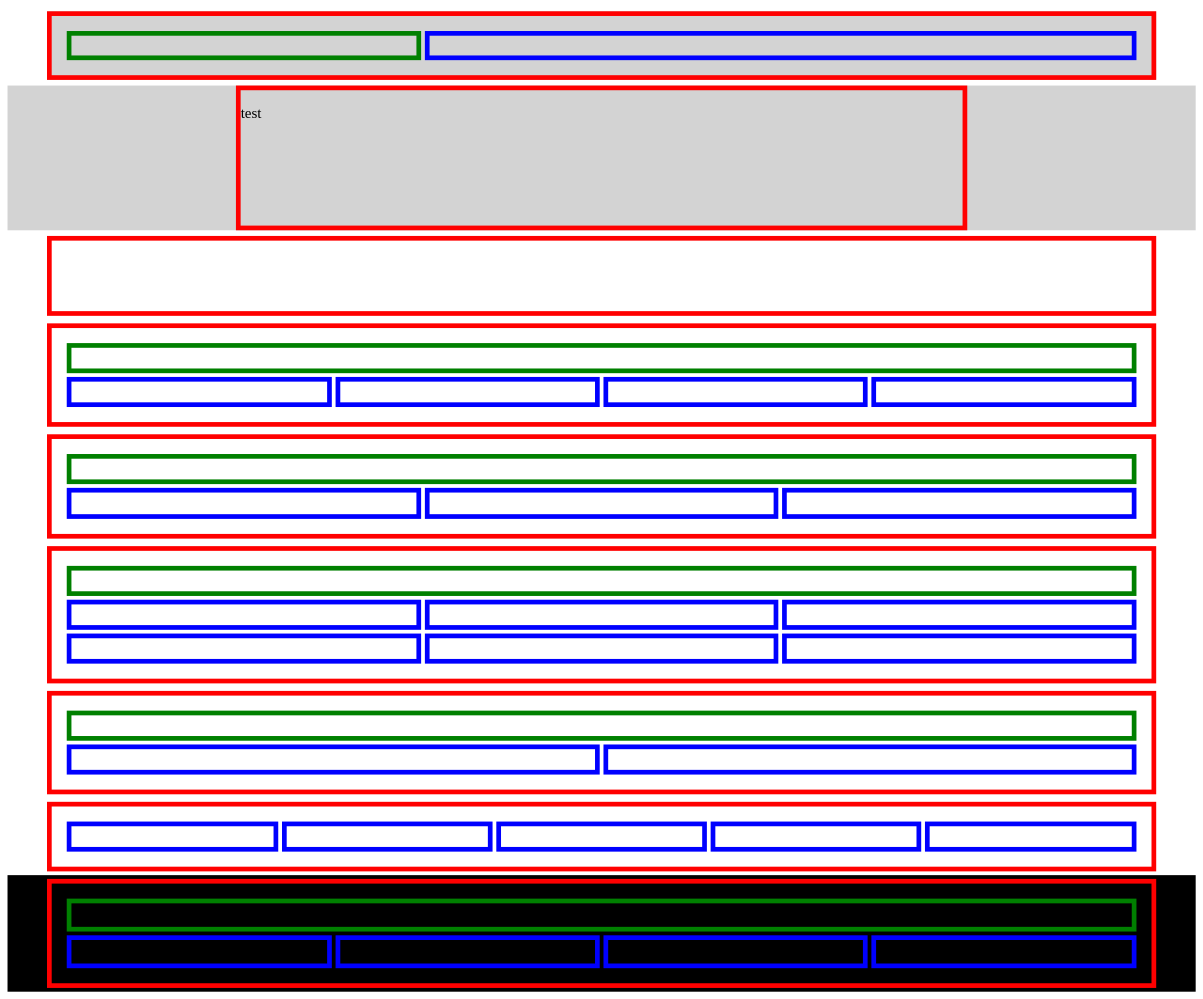
Repository: anderscederberg11/LAB2BG
Page: index.html
The author's editor kept a copy of each file at every save. The page is drawn from the files as they stood at one save, then again after the next save.
The browser window is 1280 px wide. The pictures show the whole page, at 94% of full size.

Above is the page before, as saved 2024-01-30 23:02:59.

After the next save:
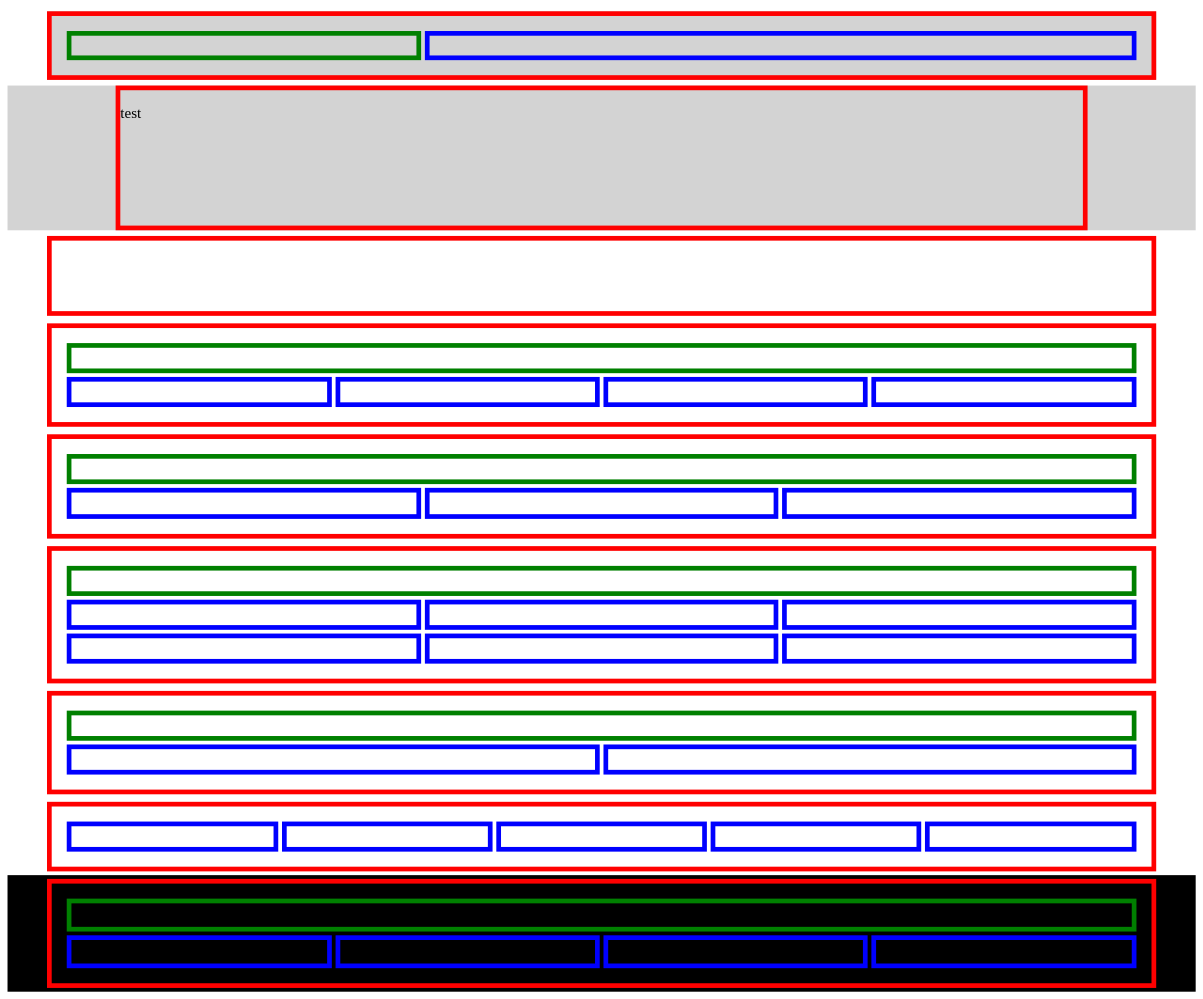
Saved 15 s later.
--- a/css/style.css
+++ b/css/style.css
@@ -37,7 +37,7 @@
 }
 
 .sectionOneImage{
-  width:60vw;
+  width:80vw;
   height:20vh;
   border: 5px solid red;
 }
